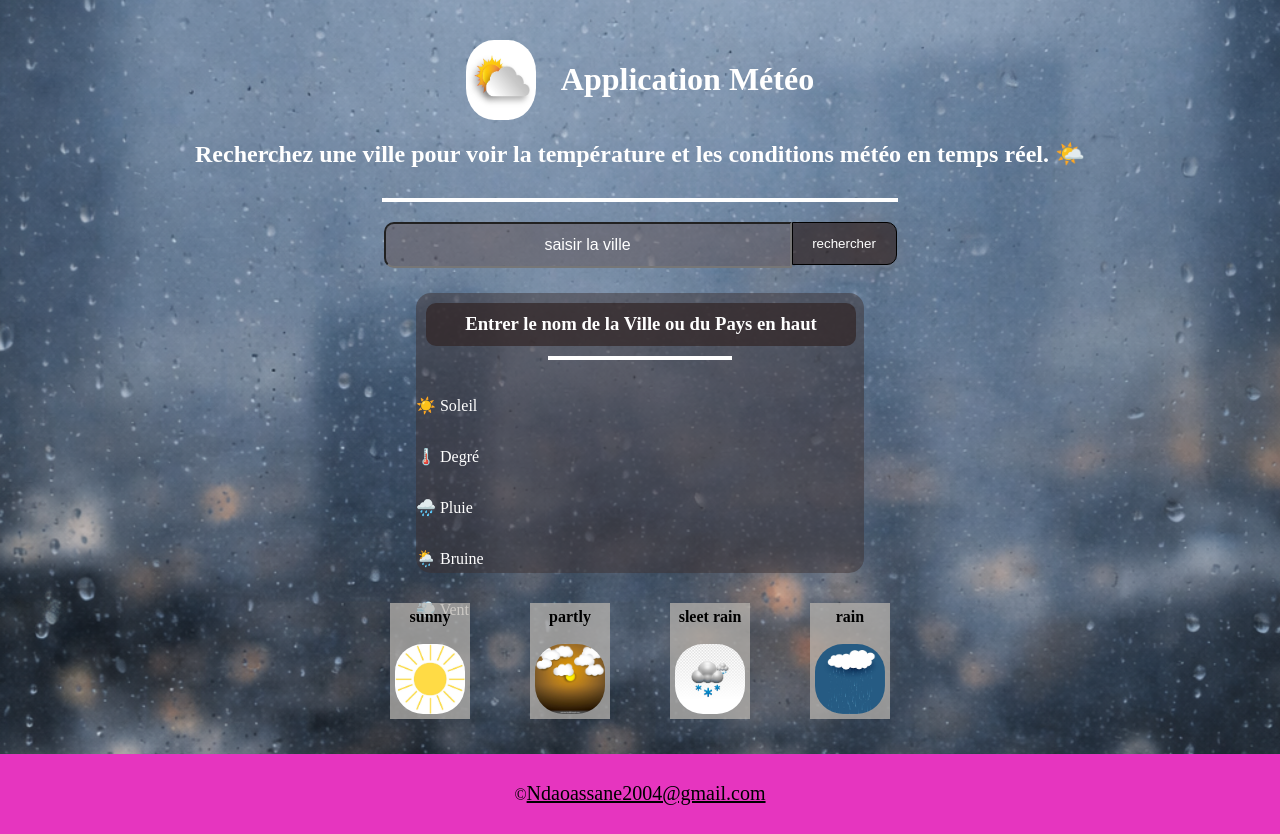
Repository: assanendao171/meteo
Page: index.html
These files come from the project's save history. The page is drawn as it stood at one moment and after a run of saves; the edit follows.
The browser window is 1280 px wide. The pictures show the whole page.

Above is the page before, as saved 2026-03-16 13:29:09.

After the next 2 saves:
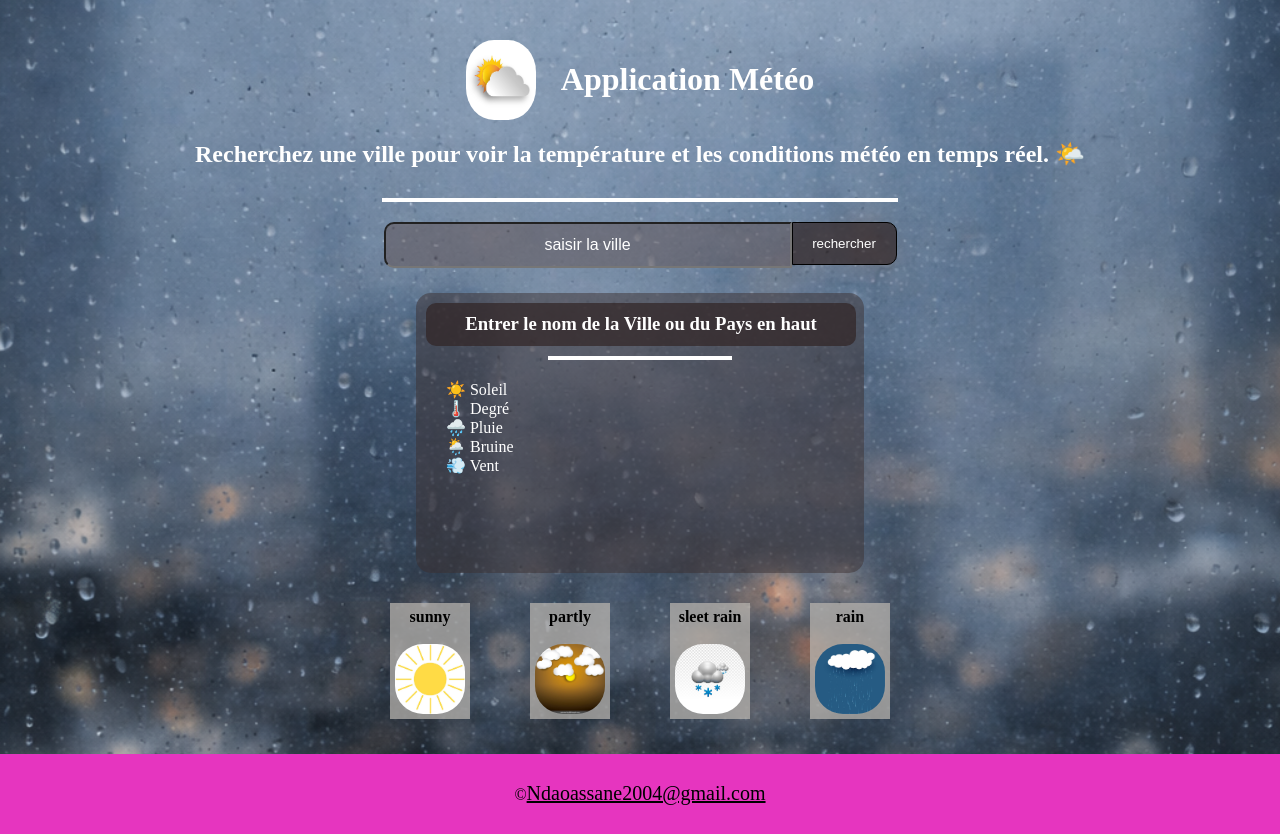
The 2 saves are shown as one change because they came seconds apart.
The last was saved 41 s later.
--- a/meteo2.css
+++ b/meteo2.css
@@ -98,10 +98,11 @@ color: white;
   flex-direction: column;
   justify-content: flex-start;
   align-items: flex-start;
- margin: 0;
+
 }
 #emoji{
   font-size: 1rem;
+   margin: 0;
 }
 #enfant{
   background-color: rgba(184, 180, 175, 0.733);
